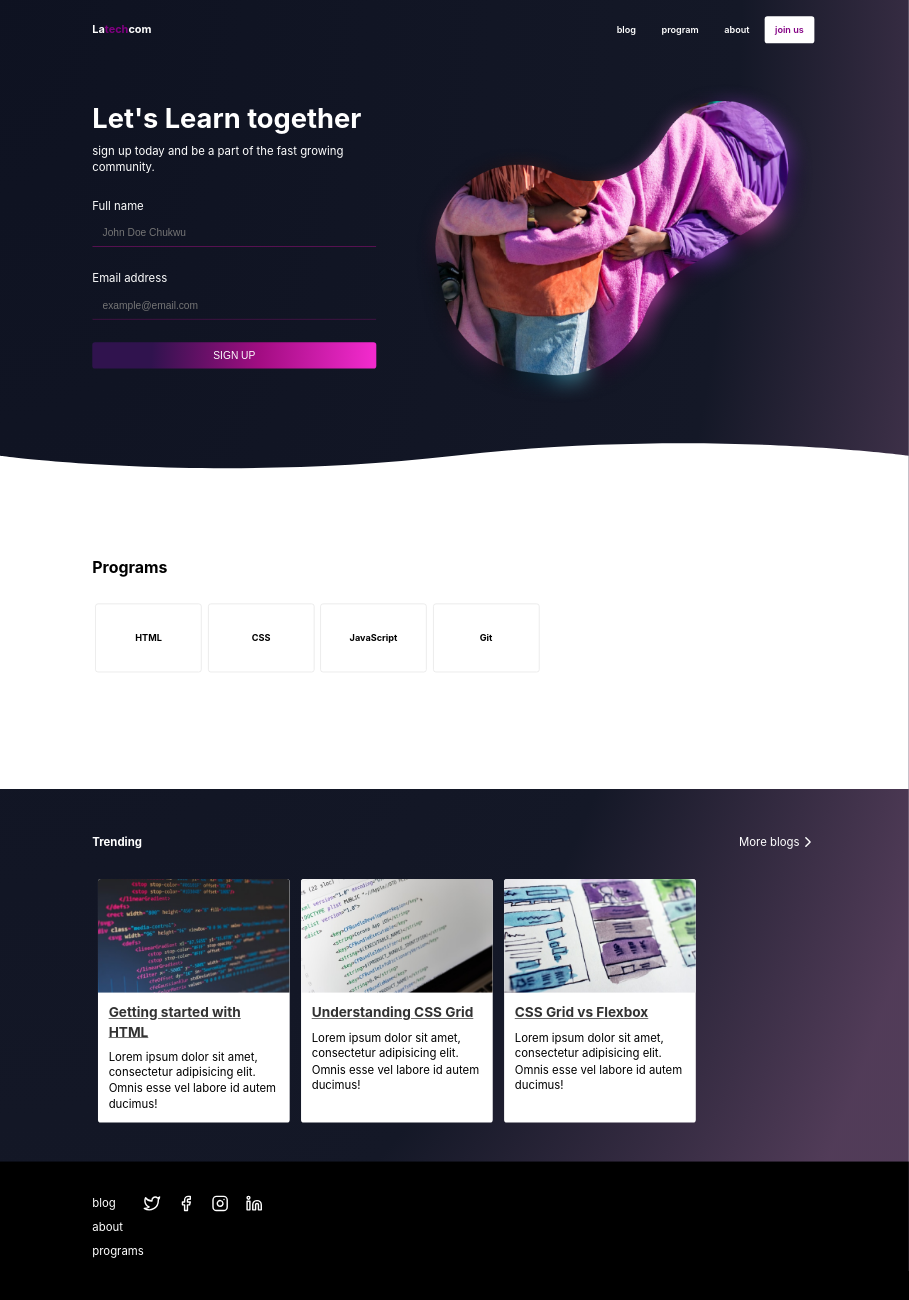
Repository: giprim/community
Page: /
An editor plug-in stored every save of this project. The page is shown before and after a run of saves, followed by the edit.
The browser window is 1280 px wide. The pictures show the whole page, at 71% of full size.
The project was rebuilt for these pictures with package versions that can differ from the ones it lists, and the page was loaded fresh each time. Also part of the build but not shown: src/App.css.

Above is the page before, as saved 2020-10-25 23:28:26.

After the next 2 saves:
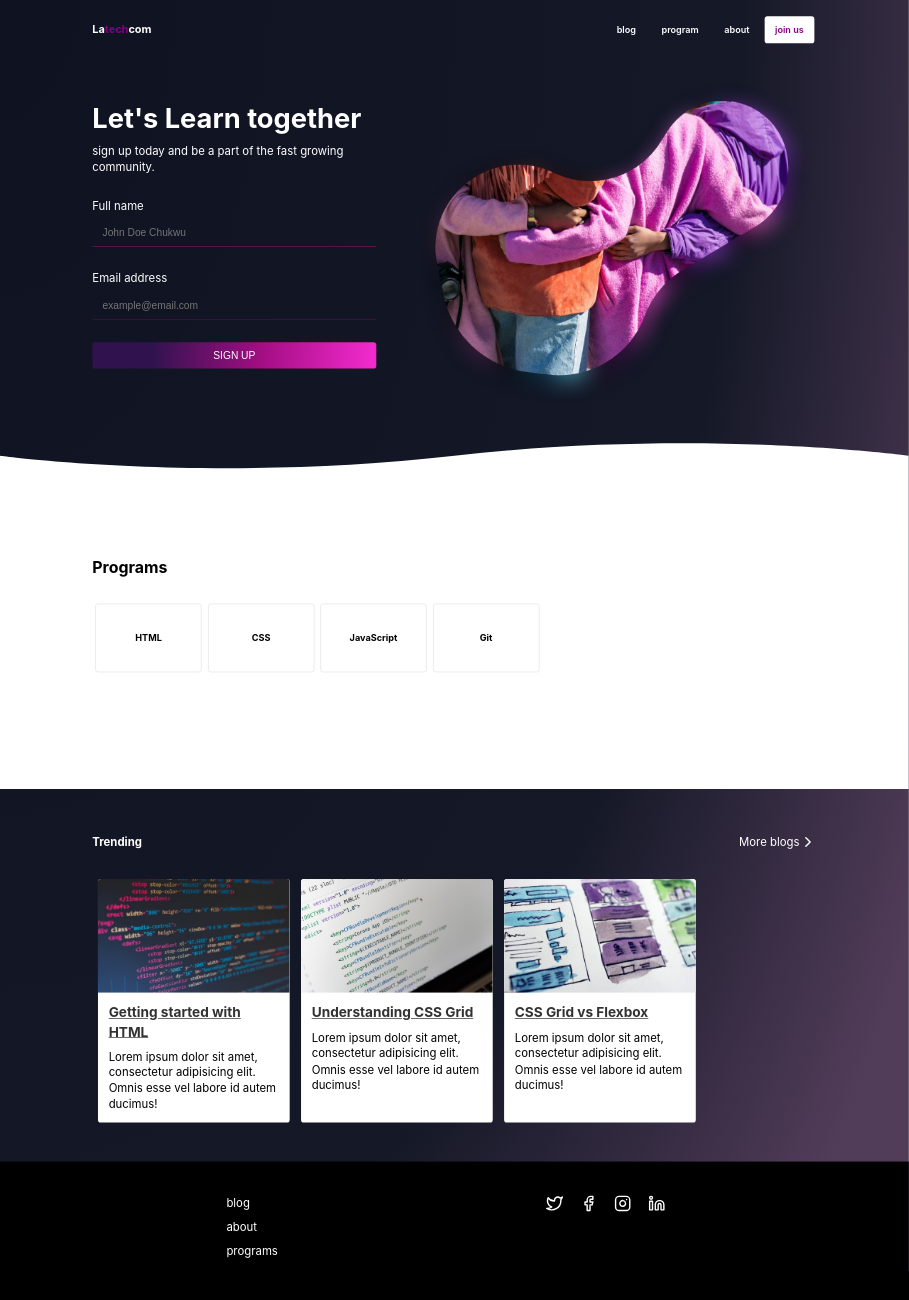
The 2 saves are shown as one change because they came seconds apart.
The last was saved 24 s later.
--- a/src/components/Footer.tsx
+++ b/src/components/Footer.tsx
@@ -45,7 +45,7 @@
 
 .flex{
     display: flex;
-    justify-content: safe;
+    justify-content: space-around;
 }
   ul {
     list-style: none;

After the 3 saves that followed:
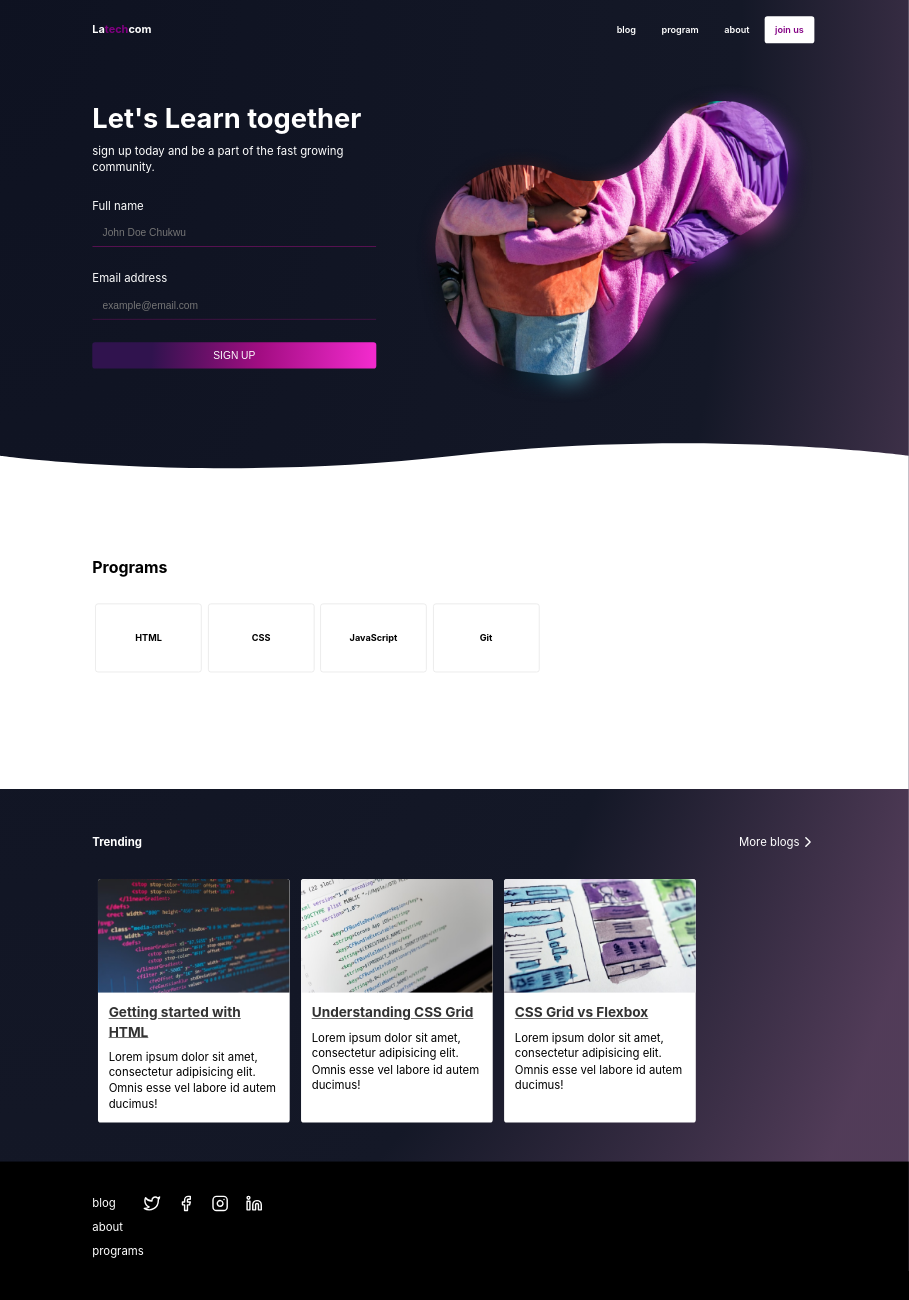
The 3 saves are shown as one change because they came seconds apart.
The last was saved 10 s later.
--- a/src/components/Footer.tsx
+++ b/src/components/Footer.tsx
@@ -45,7 +45,7 @@
 
 .flex{
     display: flex;
-    justify-content: space-around;
+    justify-content: space-space-between;
 }
   ul {
     list-style: none;
